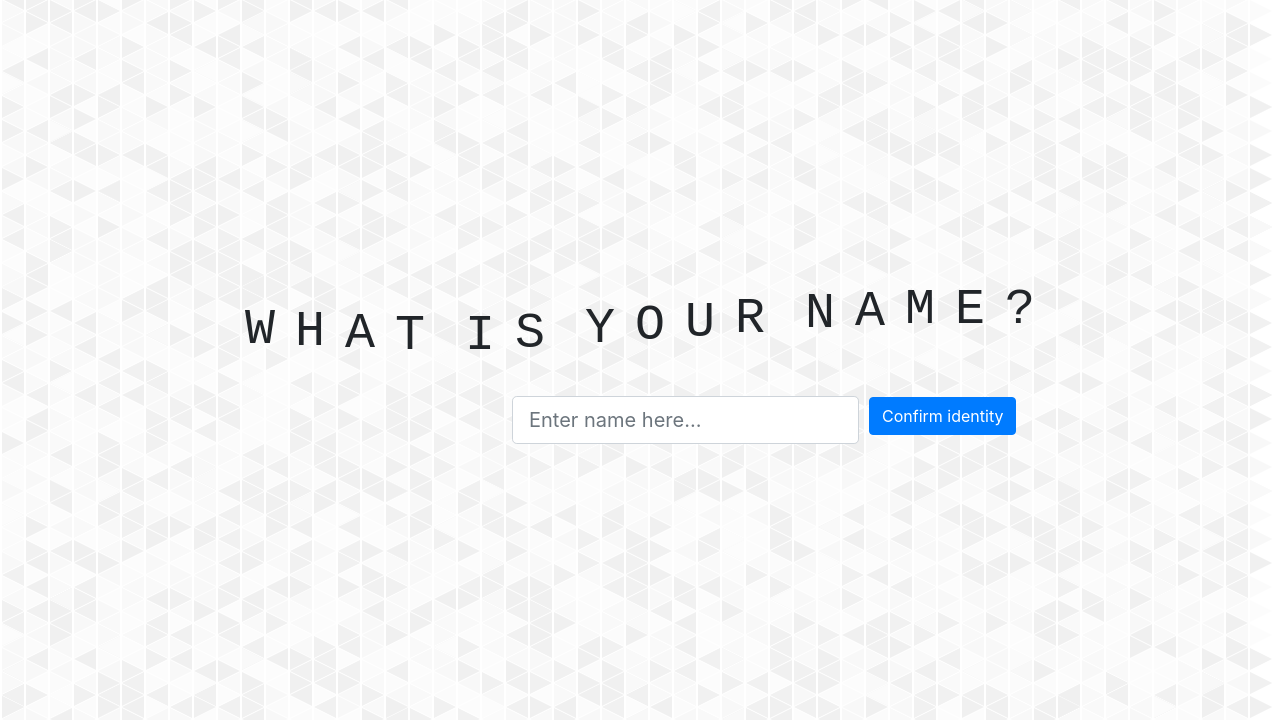
Repository: Aaquib111/Aaquib111.github.io
Page: index.html
These files come from the project's save history. The page is drawn as it stood at one moment and after the next save; the edit follows.
The browser window is 1280 px wide. The pictures show the whole page.

Above is the page before, as saved 2021-05-12 21:59:02.

### index.html
<!DOCTYPE html>
<html>
    <head>
        <meta charset="utf-8">
        <title></title>
        <link rel="stylesheet" type="text/css" href="css\background.css">
        <link rel="stylesheet" href="https://maxcdn.bootstrapcdn.com/bootstrap/4.0.0/css/bootstrap.min.css" integrity="sha384-Gn5384xqQ1aoWXA+058RXPxPg6fy4IWvTNh0E263XmFcJlSAwiGgFAW/dAiS6JXm" crossorigin="anonymous">
    </head>
    <body>

        <canvas id="canvas" width=""></canvas>
            <div id="inputs">
                Text <input type="text" placeholder="What is your name?" value="What is your name?" id="texty"><br>
                Speed <input type="number" id="omegset" step="0.1" value="1.8"><br>
                Amplitude <input type="number" id="ampset" step='1' value='20'><br>
                Font size <input type="number" id="fonts" step='1' value='50'><br>
                Waves <input type="number" id="waves" step='0.1' value='4' min='0' max='8'><br>
            </div>
        <div id="contain">
            <div id="wrap"></div>
            <div id="name">
                <form class="form-inline">
                    <input class="form-control form-control-lg" type="password" placeholder="Enter name here...">
                    <button type="submit" class="btn btn-primary mb-2" style="margin-left: 10px;">Confirm identity</button>
                </form>
            </div>
        </div>
       <script src="js\background.js"></script>
    </body>
</html>

### css/background.css
* {
  margin: 0;
  padding: 0;
}

html, body {
  height: 100%;
  width: 100%;
}

canvas{
  height: 100%;
  width: 100%;
}


#wrap{
  z-index: 1;
  position: absolute;
  left: 0;
  top: 0;
  height: 100vh;
  width: 100vw;
  display: flex;
  align-items: flex-end;
  justify-content: center;
  flex-wrap: wrap;
  max-height: 50vh;
}

#contain{
  display: flex;
  flex-direction: column;
}
#name{
  align-self:center;
  z-index: 2;
  position: absolute;
  left: 40vw;
  top: 55vh;
  align-items: flex-start;
}
.hoovy{
  font-size: 50px;
  font-family: 'VT323',Monospace,sans-serif;
  margin-left: 10px;
  margin-right: 10px;
  -moz-user-select: none;
  -webkit-user-select: none;
  -ms-user-select: none;
}
input{
  background-color: rgba(255,255,255,0.3);
  border: none;
  margin-top: 2px;
  margin-bottom: 2px;
}
#inputs{
  text-align: right;
  color: white;
  font-family: 'VT323';
  padding: 5px 10px;
  border-radius: 5px;
  background-color: rgba(0,0,0,0.2);
  z-index: 2;
  position: absolute;
  box-shadow: #000 2px 3px 10px -2px;
  top: 10px;
  right: 10px;
  -moz-user-select: none;
  -webkit-user-select: none;
  -ms-user-select: none;
  visibility: hidden;
}

### js/background.js
var livePatern = {
    canvas: null,
    context: null,
    cols: 0,
    rows: 0,
    colors: [252, 251, 249, 248, 241, 240],
    triangleColors: [],
    destColors: [],

    init: function(){
      this.canvas = document.getElementById('canvas');
      this.context = this.canvas.getContext('2d');
      this.cols = Math.floor(document.body.clientWidth / 24);
      this.rows = Math.floor(document.body.clientHeight / 24) + 1;

      this.canvas.width = document.body.clientWidth;
      this.canvas.height = document.body.clientHeight;

      this.drawBackground();
      this.animate();
    },

    drawTriangle: function(x, y, color, inverted){
      inverted = inverted == undefined ? false : inverted;

      this.context.beginPath();
      this.context.moveTo(x, y);
      this.context.lineTo(inverted ? x - 22 : x + 22, y + 11);
      this.context.lineTo(x, y + 22);
      this.context.fillStyle = "rgb("+color+","+color+","+color+")";
      this.context.fill();
      this.context.closePath();
    },

    getColor: function(){
      return this.colors[(Math.floor(Math.random() * 6))];
    },

    drawBackground: function(){
      var eq = null;
      var x = this.cols;
      var destY = 0;
      var color, y;

      while(x--){
        eq = x % 2;
        y = this.rows;

        while(y--){
          destY = Math.round((y-0.5) * 24);

          this.drawTriangle(x * 24 + 2, eq == 1 ? destY : y * 24, this.getColor());
          this.drawTriangle(x * 24, eq == 1 ? destY  : y * 24, this.getColor(), true);
        }
      }
    },

    animate: function(){
      var me = this;

      var x = Math.floor(Math.random() * this.cols);
      var y = Math.floor(Math.random() * this.rows);
      var eq = x % 2;

      if (eq == 1) {
        me.drawTriangle(x * 24, Math.round((y-0.5) * 24) , this.getColor(), true);
      } else {
        me.drawTriangle(x * 24 + 2, y * 24, this.getColor());
      }

      setTimeout(function(){
        me.animate.call(me);
      }, 10);
    },
  };

  !function(){livePatern.init();}()


  let waves = 4;

  function docify(str){
    document.getElementById('wrap').innerHTML = "";
    for(let i = 0; i < str.length; i++){
      let el = document.createElement('div');
      el.className = "hoovy";
      el.appendChild(  document.createTextNode(str.charAt(i))  );
      el.setAttribute('data-phi',i*Math.PI/(10 - waves));
      el.style.transform = "";
      document.getElementById('wrap').appendChild(el);
    }
    document.getElementById('wrap').appendChild(document.createElement('br'));
  }

  let omeg = 1.8,
      ampl = 13,
      wrap = document.getElementById('wrap'),
      time = 0;

  function anim(){

    if(omeg * time > 2*Math.PI){
      time = 0;
    }
    for(let k = 0; k < wrap.childNodes.length; k++){
      let elem = wrap.childNodes[k];
      let phi = elem.getAttribute('data-phi');
      elem.style.transform = 'translateY('+ampl*Math.sin(omeg*time + phi/2) + 'px)';
    }
    time += 6/100;
    requestAnimationFrame(anim);
  };

  document.getElementById('wrap').innerHTML = "";

  document.getElementById('ampset').oninput = function(){
    ampl = this.value;
  }
  document.getElementById('omegset').oninput = function(){
    omeg = this.value;
  }
  document.getElementById('fonts').oninput = function(){
    for(let i = 0; i < wrap.childNodes.length; i++){
      wrap.childNodes[i].style.fontSize = document.getElementById('fonts').value + 'px';
    }
  }
  document.getElementById('waves').oninput = function(){
    waves = this.value;
    docify(document.getElementById('texty').value);
  }
  document.getElementById('texty').oninput = function(){
    docify(this.value);
  }

  docify('WHAT IS YOUR NAME?');
  anim();

After the next save:
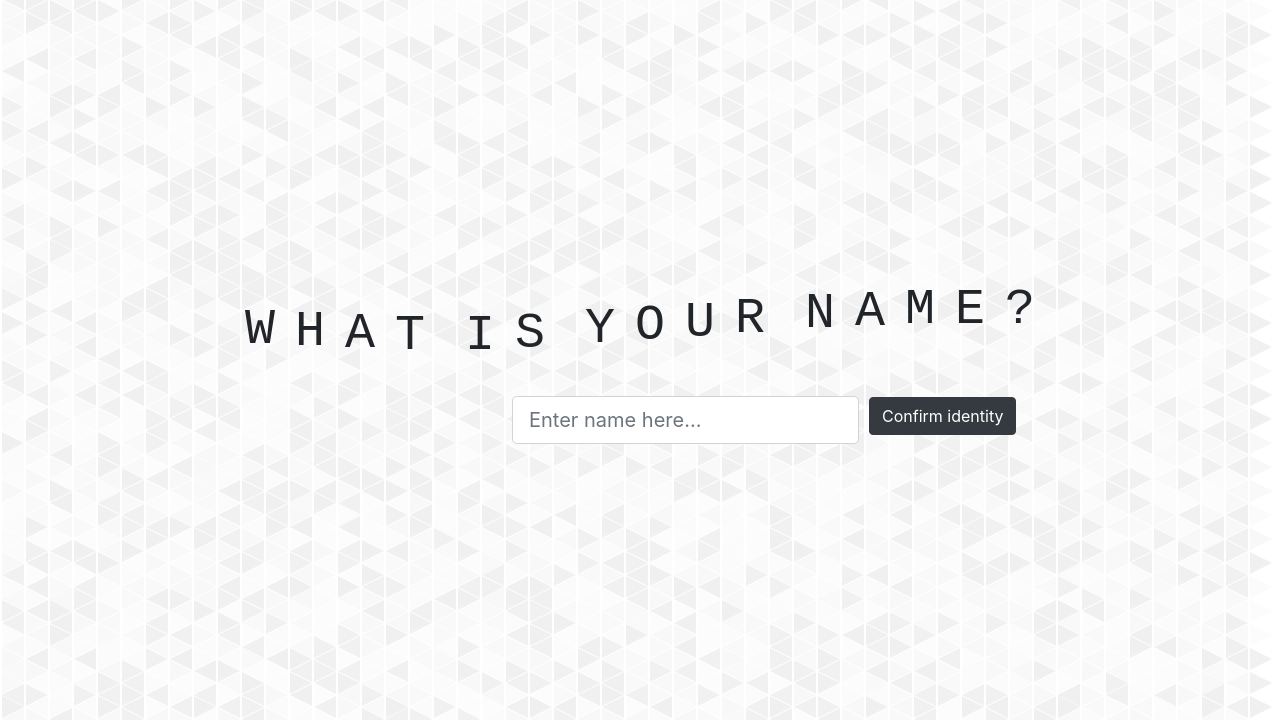
Saved 64 s later.
--- a/index.html
+++ b/index.html
@@ -21,7 +21,7 @@
             <div id="name">
                 <form class="form-inline">
                     <input class="form-control form-control-lg" type="password" placeholder="Enter name here...">
-                    <button type="submit" class="btn btn-primary mb-2" style="margin-left: 10px;">Confirm identity</button>
+                    <button type="submit" class="btn btn-dark mb-2" style="margin-left: 10px;">Confirm identity</button>
                 </form>
             </div>
         </div>
